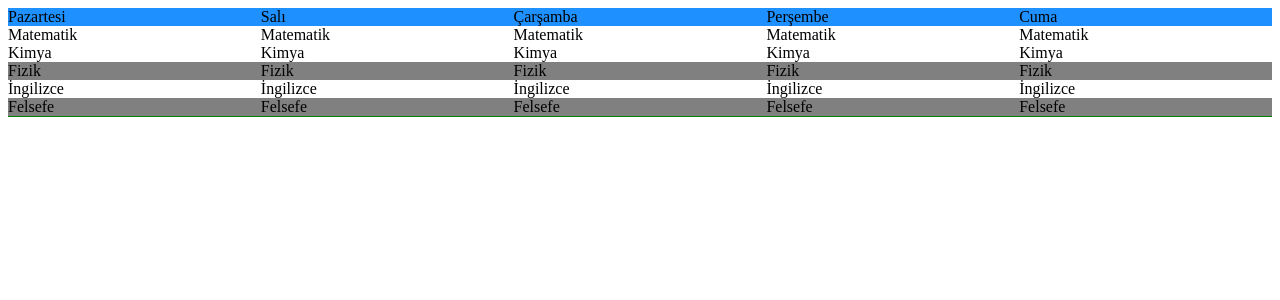
Repository: ahmetbugraozcan/css-ders-programi
Page: deneme.html
An editor plug-in stored every save of this project. The page is shown before and after the next save, followed by the edit.
The browser window is 1280 px wide. The pictures show the whole page.

Above is the page before, as saved 2021-07-10 09:29:34.

After the next save:
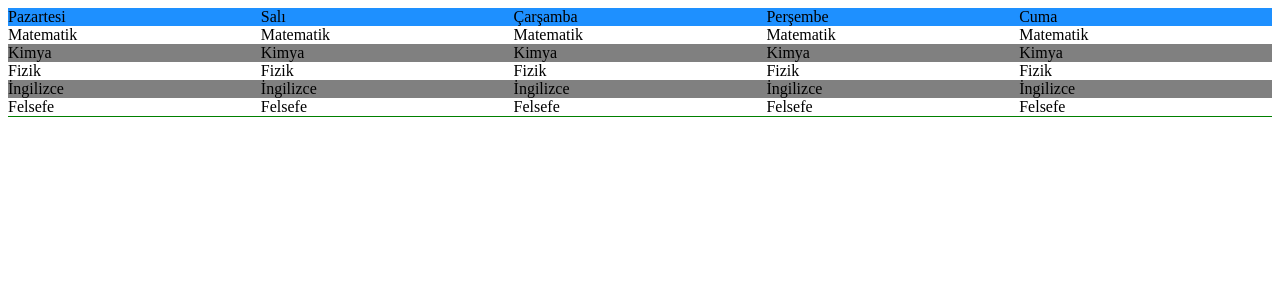
Saved 10 s later.
--- a/deneme.html
+++ b/deneme.html
@@ -18,7 +18,7 @@
         /* aligns all child elements (flex items) in a row */
     }
 
-    .col :nth-of-type(even){
+    .col :nth-of-type(odd){
         background-color: grey;
     }
     .col :last-child {

After the save that followed:
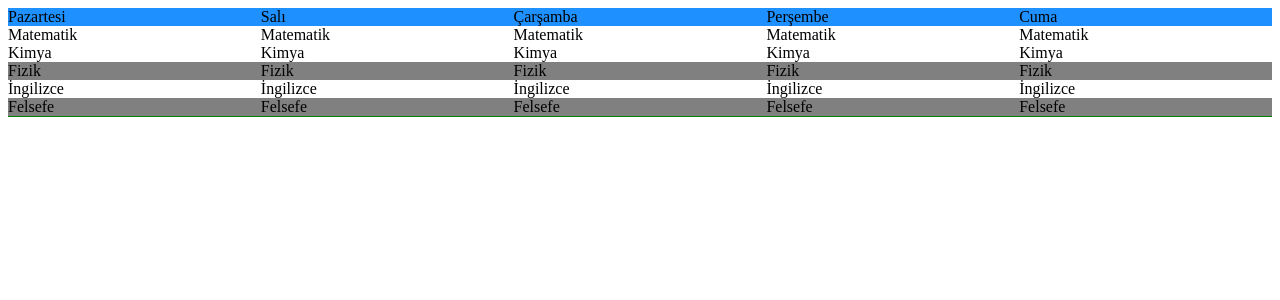
Saved 4 s later.
--- a/deneme.html
+++ b/deneme.html
@@ -18,7 +18,7 @@
         /* aligns all child elements (flex items) in a row */
     }
 
-    .col :nth-of-type(odd){
+    .col :nth-of-type(even){
         background-color: grey;
     }
     .col :last-child {
